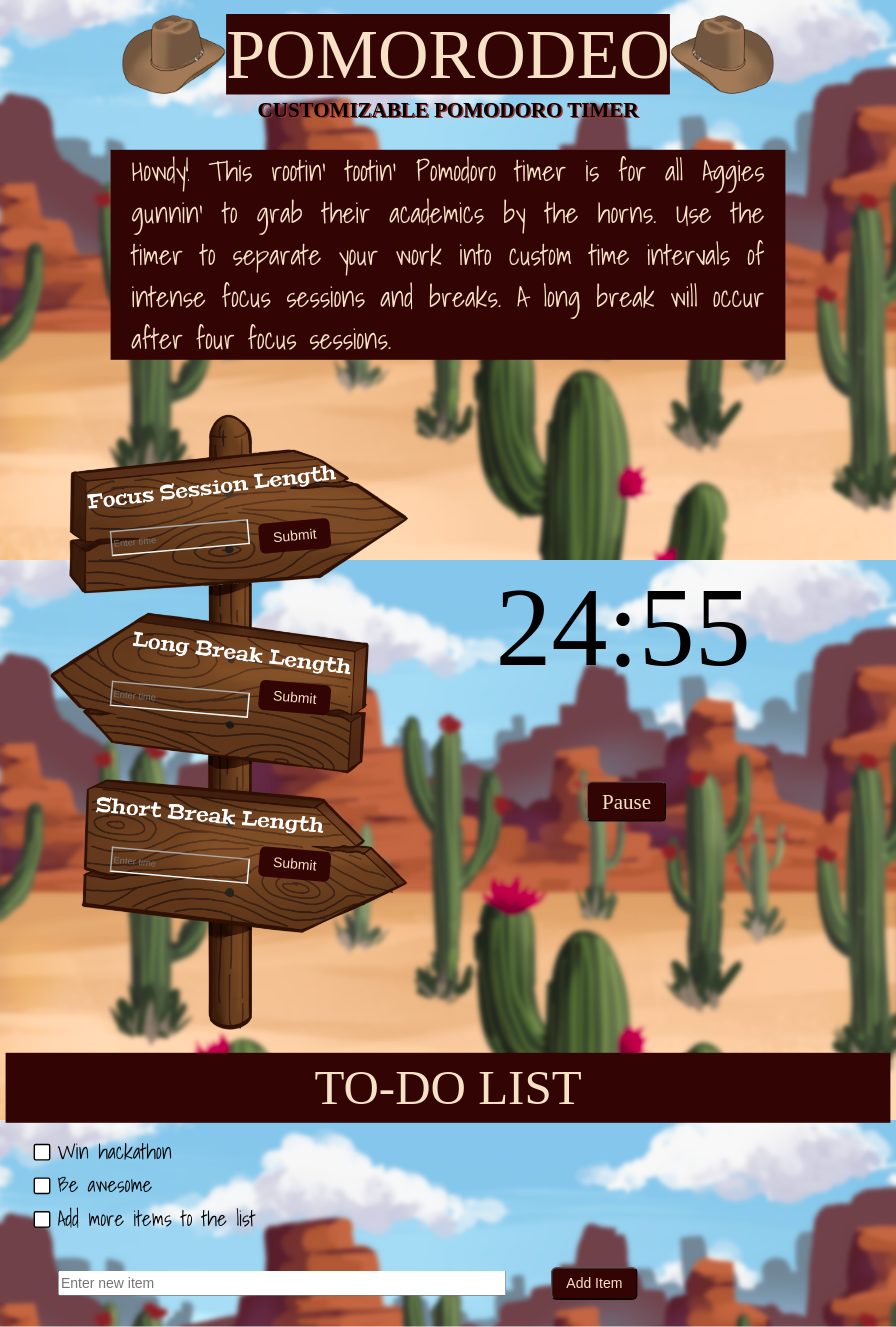
Repository: riya10483/pomodoro
Page: pomorodeo.html
The author's editor kept a copy of each file at every save. The page is drawn from the files as they stood at one save, then again after the next save.
The browser window is 1280 px wide. The pictures show the whole page, at 70% of full size.
Backgrounds fixed to the window are drawn as part of the page. Some web fonts or font styles are not loaded; a fallback is used.

Above is the page before, as saved 2024-09-29 05:16:34.
Console error: SyntaxError: Identifier 'startTiming' has already been declared

After the next save:
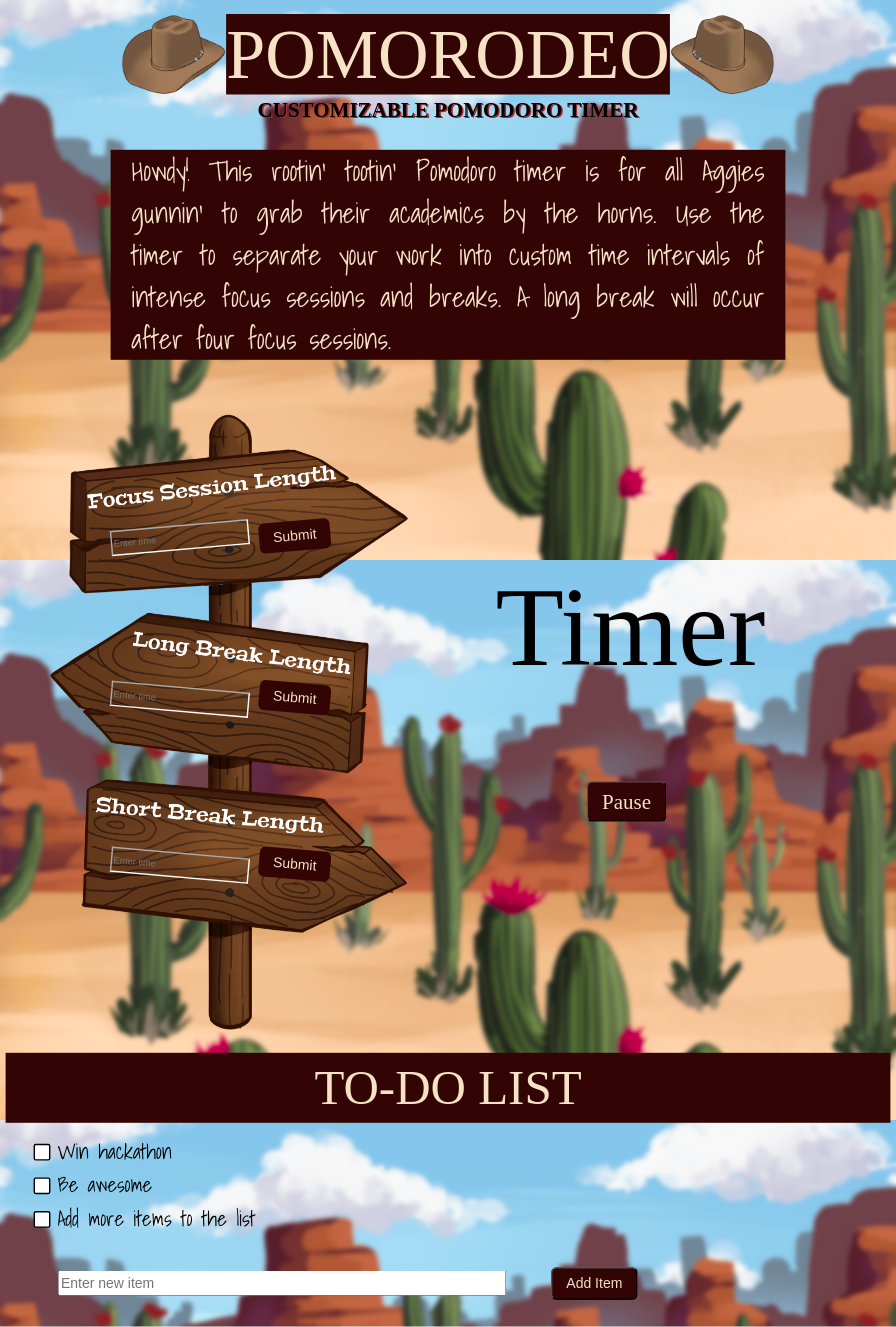
Console error: SyntaxError: Unexpected token '}'
Saved 5 s later.
--- a/functions.js
+++ b/functions.js
@@ -97,7 +97,7 @@
         if (time <= -1) {
                 clearInterval(interval)
                 startTiming = shortBreak;
-
+                time =
             }
     }
 }

After the save that followed:
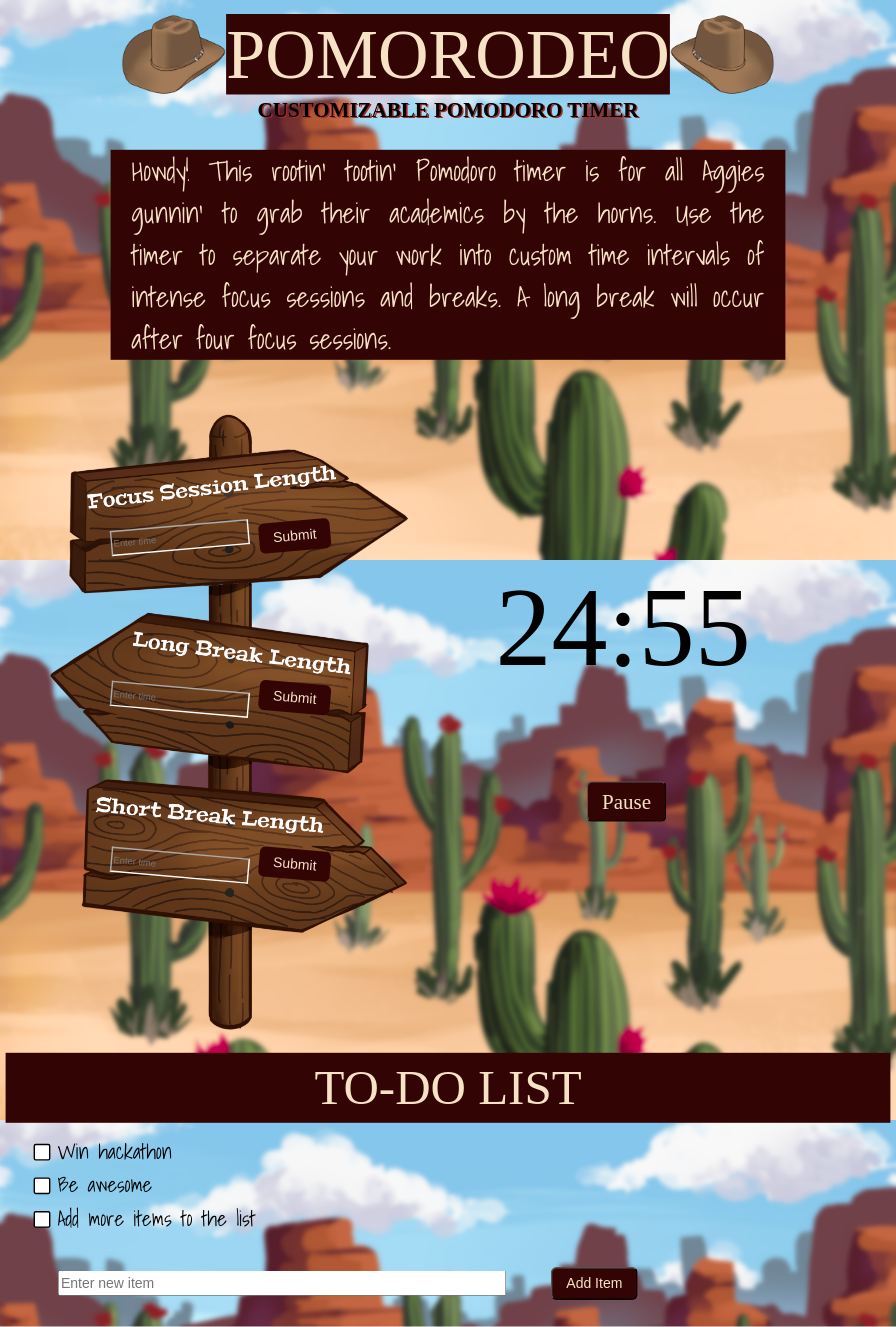
Console error: SyntaxError: Identifier 'startTiming' has already been declared
Saved 7 s later.
--- a/functions.js
+++ b/functions.js
@@ -97,7 +97,7 @@
         if (time <= -1) {
                 clearInterval(interval)
                 startTiming = shortBreak;
-                time =
+                time = startTiming * 60;
             }
     }
 }
